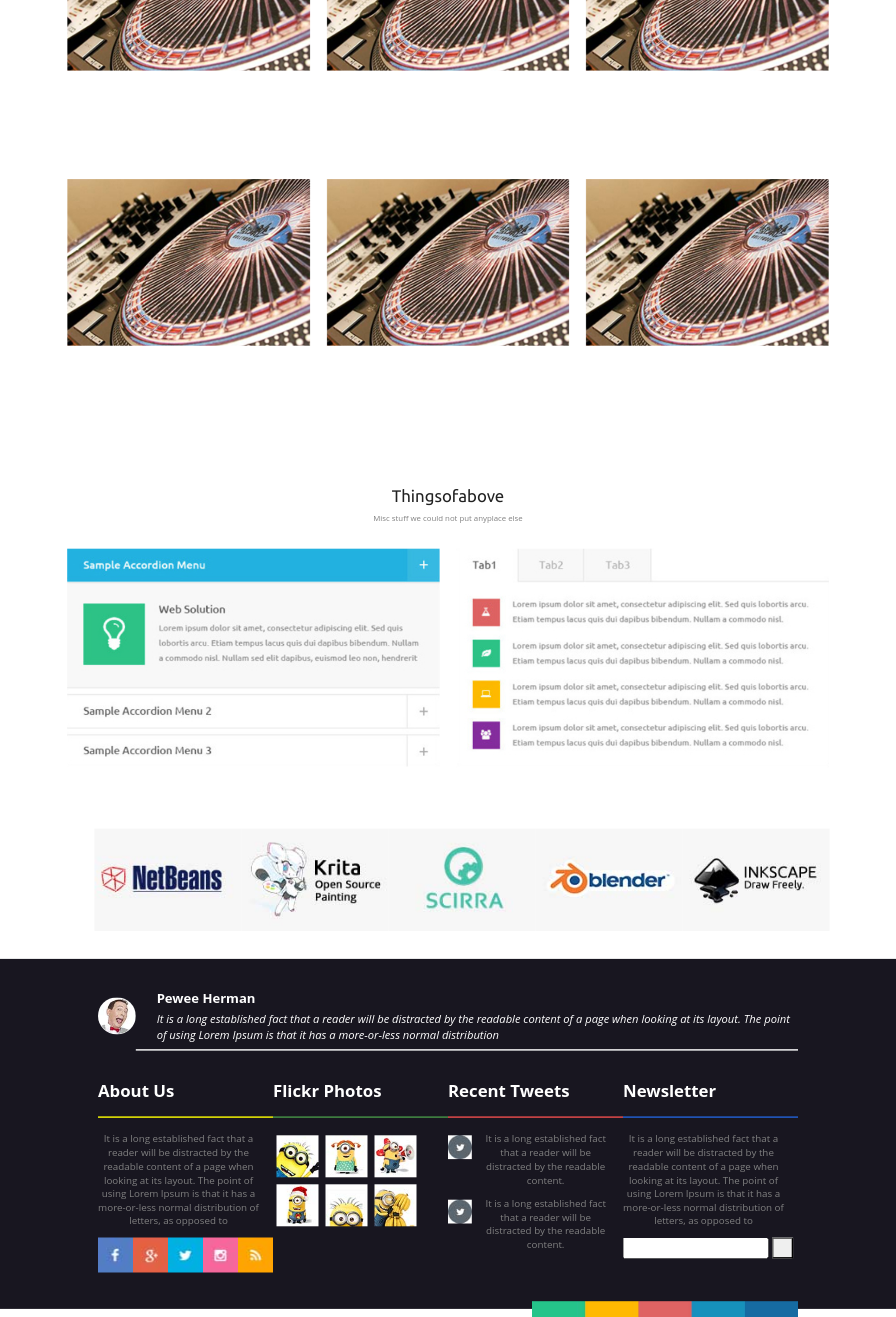
Repository: RenataDzotova/Metrolics-Renata-Beyonce
Page: index.html
These files come from the project's save history. The page is drawn as it stood at one moment and after the next save; the edit follows.
The browser window is 1280 px wide. The pictures show the part of the page from y = 2067 to 3987 px (the page is 3949 px tall before and 3987 px after), at 70% of full size.
Some web fonts or font styles are not loaded; a fallback is used.

Above is the page before, as saved 2022-02-02 17:18:45.

### index.html
<!doctype html>
<html class="no-js" lang="">

<head>
  <meta charset="utf-8">
  <title>Metrolics</title>
  <meta name="description" content="">
  <meta name="viewport" content="width=device-width, initial-scale=1">

  <meta property="og:title" content="">
  <meta property="og:type" content="">
  <meta property="og:url" content="">
  <meta property="og:image" content="">

  <link rel="manifest" href="site.webmanifest">
  <link rel="apple-touch-icon" href="icon.png">
  <!-- Place favicon.ico in the root directory -->

  <link rel="preconnect" href="https://fonts.googleapis.com">
  <link rel="preconnect" href="https://fonts.gstatic.com" crossorigin>
  <link href="https://fonts.googleapis.com/css2?family=Chewy&family=Gluten:wght@600&family=Ubuntu:wght@300;400&display=swap" rel="stylesheet">
  <link rel="stylesheet" href="css/normalize.css">
  <link rel="stylesheet" href="css/main.css">
  <link rel="stylesheet" href="css/renata.css">

  <meta name="theme-color" content="#fafafa">
</head>

<body>

    <div class = "header">
        <div class = "navBar">
            <div class = "logo"> <img src = "photos/logo.jpg" alt = "logo"> </div>
            <div class="home"><img src="https://img.icons8.com/material-rounded/38/ffffff/home-page.png"/>Home</div>
            <div class="pages"><img src="https://img.icons8.com/windows/38/ffffff/code-fork--v1.png"/>Pages</div>
            <div class="blog"><img src="https://img.icons8.com/windows/38/ffffff/megaphone.png"/>Blog</div>
            <div class="portfolio"><img src="https://img.icons8.com/windows/38/ffffff/suitcase.png"/>Portfolio</div>
            <div class="contact"><img src="https://img.icons8.com/windows/38/ffffff/secured-letter--v1.png"/>Home</div>
        </div>
        <div class = "minions">
            <img src = "photos/Screen Shot 2022-01-25 at 2.02.28 PM.png" alt = "minion picture">

        </div>
        <div class = "arrowOne"></div>
                <div class = "three-items">
                    <div class = "first-item">Metro Style</div>
                    <div class = "second-item">Retina Ready</div>
                    <div class = "third-item">Responsive Design</div>
                </div>
        <div class = "arrowTwo"></div>
    </div>


    <div class="MainContent">
        <div class= "page__intro">
            <div class="row">
                <h1 class="heading">
                    Hey guys! This is the Metrolics theme. It sports a responsive layout with a mobile layout.
                </h1>
            </div>
        </div>

        <section class="about">
            <div class="row l-col-4">
                    <div class="column span-full">
                        <h2 class="heading">
                            Things That We Do
                        </h2>
                        <p>Ask us what we can do for you</p>
                    </div>
                    <div class="column">
                        <figure class="project">
                            <img class="imgs" src="img/Bulb.png">
                            <h3 class="heading">Web Solutions</h3>
                            <p>We are a fairly small, flexible design studio that designs for print and web. We work flexibly with clients to fulfil their design needs. Whether you need to create a brand from scratch, including marketing materials and a beautiful and functional website or whether you are looking for a design refresh we are confident you will be pleased with the results.</p>
                        </figure>
                    </div>
                    <div class="column">
                        <figure class="project">
                            <img class="imgs" src="img/Pic.png">
                            <h3 class="heading">Photography</h3>
                            <p>We are a fairly small, flexible design studio that designs for print and web. We work flexibly with clients to fulfil their design needs. Whether you need to create a brand from scratch, including marketing materials and a beautiful and functional website or whether you are looking for a design refresh we are confident you will be pleased with the results.</p>
                        </figure>
                    </div>
                    <div class="column">
                        <figure class="project">
                            <img class="imgs" src="img/Gear.png">
                            <h3 class="heading">Web Developement</h3>
                            <p>We are a fairly small, flexible design studio that designs for print and web. We work flexibly with clients to fulfil their design needs. Whether you need to create a brand from scratch, including marketing materials and a beautiful and functional website or whether you are looking for a design refresh we are confident you will be pleased with the results.</p>
                        </figure>
                    </div>
                    <div class="column">
                        <figure class="project">
                            <img class="imgs" src="img/Pencil.png">
                            <h3 class="heading">Web Design</h3>
                            <p>We are a fairly small, flexible design studio that designs for print and web. We work flexibly with clients to fulfil their design needs. Whether you need to create a brand from scratch, including marketing materials and a beautiful and functional website or whether you are looking for a design refresh we are confident you will be pleased with the results.</p>
                        </figure>
                    </div>
                </div>
        </section>

        <section class="projects--new">
            <div class="row m-col-2 l-col-3">
                <div class="column span-full">
                    <h2 class="heading">
                        What's Up Lately?
                    </h2>
                    <p>Read up on our latest work<p>
                </div>
                <div class="column special-project">
                    <figure class="project">
                        <img src="img/Image-More.png" alt="Sample Image Post">
                    </figure>
                </div>
                <div class="column">
                    <figure class="project">
                        <img src="img/Image-More.png" alt="Sample Image Post">
                    </figure>
                </div>
                <div class="column">
                    <figure class="project">
                        <img src="img/Image-More.png" alt="Sample Image Post">
                    </figure>
                </div>
            </div>
        </section>
        <hr>
        <section class="projects">
            <div class="row m-col-2 l-col-3">
                <div class="column span-full">
                    <h2 class="heading">
                        Our Latest Projects
                    </h2>
                    <p>Client happy? We are happy.</p>
                </div>
                <div class="column">
                    <figure class="project">
                        <img src="img/Image.png" alt="Sample Image Post">
                        <div class="text"> <h4>Sample Image Post</h4> <h5>Photography</h5></div>
                        <div class="textimg"><img src="img/box.png"></div>
                    </figure>
                </div>
                <div class="column">
                    <figure class="project">
                        <img src="img/Image.png" alt="Sample Image Post">
                        <div class="text"> <h4>Sample Image Post</h4> <h5>Photography</h5></div>
                        <div class="textimg"><img src="img/box.png"></div>
                    </figure>
                </div>
                <div class="column">
                    <figure class="project">
                        <img src="img/Image.png" alt="Sample Image Post">
                        <div class="text"> <h4>Sample Image Post</h4> <h5>Photography</h5></div>
                        <div class="textimg"><img src="img/box.png"></div>
                    </figure>
                </div>
                <div class="column">
                    <figure class="project">
                        <img src="img/Image.png" alt="Sample Image Post">
                        <div class="text"> <h4>Sample Image Post</h4> <h5>Photography</h5></div>
                        <div class="textimg"><img src="img/box.png"></div>
                    </figure>
                </div>
                <div class="column">
                    <figure class="project">
                        <img src="img/Image.png" alt="Sample Image Post">
                        <div class="text"> <h4>Sample Image Post</h4> <h5>Photography</h5></div>
                        <div class="textimg"><img src="img/box.png"></div>
                    </figure>
                </div>
                <div class="column">
                    <figure class="project">
                        <img src="img/Image.png" alt="Sample Image Post">
                        <div class="text"> <h4>Sample Image Post</h4> <h5>Photography</h5></div>
                        <div class="textimg"><img src="img/box.png"></div>
                    </figure>
                </div>
            </div>
        </section>

        <section class="thingsofabove .s-hide">
            <div class="row l-col-2">
                <div class="column span-full">
                    <h2 class="heading">
                        Thingsofabove
                    </h2>
                    <p>Misc stuff we could not put anyplace else</p>
                </div>
                <div class="column">
                    <figure class="project">
                        <img src="img/Acordian.png" alt="Sample Image Post">
                    </figure>
                </div>
                <div class="column">
                    <figure class="project">
                        <img src="img/Tabs.png" alt="Sample Image Post">
                    </figure>
                </div>
            </div>
        </section>
  </div>

  <div class = "footer">
    <div class = "partners-logos">
        <div><img src = "photos/Client.jpg" alt = "partners"></div>
        <div><img src = "photos/krita.jpg" alt = "partners"></div>
        <div><img src = "photos/Scirra.jpg" alt = "partners"></div>
        <div><img src = "photos/blender.jpg" alt = "partners"></div>
        <div><img src = "photos/inkscape.jpg" alt = "partners"></div>
    </div>
    <div class = "footer-black">
        <div class = "footerBlack_content">
                <div class = "PeweeHerman">
                    <div class = "photo"><img src = "photos/portrait.jpg" alt = "photo"></div>
                    <div class = "text">
                        <h3>Pewee Herman</h3>
                        <i>It is a long established fact that a reader will be distracted by the readable content of a page when looking at its layout. The point of using Lorem Ipsum is that it has a more-or-less normal distribution </i>
                    </div>
                </div>
                <div class = "info-blocks">
                    <div class = "blockOne">
                        <div class = "textAbout"><h2>About Us</h2></div>
                        <p>It is a long established fact that a reader will be distracted by the readable content of a page when looking at its layout. The point of using Lorem Ipsum is that it has a more-or-less normal distribution of letters, as opposed to</p>
                        <div class = "social-media-icons">
                            <img src = "photos/btn-facebook.jpg" alt = "icon">
                            <img src = "photos/btn-google+.jpg" alt = "icon">
                            <img src = "photos/btn-twitter.jpg" alt = "icon">
                            <img src = "photos/btn-instagram.jpg" alt = "icon">
                            <img src = "photos/btn-rss.jpg" alt = "icon">
                        </div>
                    </div>
                    <div class = "blockTwo">
                        <div class = "textPhotos"><h2>Flickr Photos</h2></div>
                            <div class = "minion-pictures">
                                <img src = "photos/minion1.jpg" alt = "minion">
                                <img src = "photos/minion2.jpg" alt = "minion">
                                <img src = "photos/minion3.jpg" alt = "minion">
                                <img src = "photos/minion4.jpg" alt = "minion">
                                <img src = "photos/minion5.jpg" alt = "minion">
                                <img src = "photos/minion6.jpg" alt = "minion">
                            </div>
                    </div>
                    <div class = "blockThree">
                        <div class = "textTweets"><h2>Recent Tweets</h2></div>
                        <div class = "tweets">
                            <img src = "photos/icon-tweet.jpg" alt = "twitter-logo">
                            <p>It is a long established fact that a reader will be distracted by the readable content.</p>
                        </div>
                        <div class = "tweets">
                            <img src = "photos/icon-tweet.jpg" alt = "twitter-logo">
                            <p>It is a long established fact that a reader will be distracted by the readable content.</p>
                        </div>
                    </div>
                    <div class = "blockFour">
                        <div class = "textForm"><h2>Newsletter</h2></div>
                        <p>It is a long established fact that a reader will be distracted by the readable content of a page when looking at its layout. The point of using Lorem Ipsum is that it has a more-or-less normal distribution of letters, as opposed to</p>
                        <div class = "form">
                            <input type="email" id="email" name="email">
                            <button type="button"></button>
                        </div>
                    </div>

                </div>
                <div class = "colorfulThing">
                    <div><img src = "photos/coloured bars.jpg" alt = "blocks"></div>
                </div>
        </div>
</div>





  <script src="js/vendor/modernizr-3.11.2.min.js"></script>
  <script src="js/plugins.js"></script>
  <script src="js/main.js"></script>

  <!-- Google Analytics: change UA-XXXXX-Y to be your site's ID. -->
  <script>
    window.ga = function () { ga.q.push(arguments) }; ga.q = []; ga.l = +new Date;
    ga('create', 'UA-XXXXX-Y', 'auto'); ga('set', 'anonymizeIp', true); ga('set', 'transport', 'beacon'); ga('send', 'pageview')
  </script>
  <script src="https://www.google-analytics.com/analytics.js" async></script>
</body>

</html>

### css/renata.css
/* header */
.header{
    display:flex;
    justify-content: center;
    align-items: center;
    flex-direction: column;
  }

  .navBar{
    display: flex;
    flex-direction: row;
    justify-content: center;
    align-items: center;
    width: 1000px;
  }

  .navBar .logo{
    margin: 0 40px 0 0;
  }

  .navBar .home{
    background-color: rgb(71, 148, 71);
    width: 100px;
    height: 100px;
    color: white;
    display: flex;
    flex-direction: column;
    justify-content: center;
    align-items: center;
  }

  .navBar .pages{
    background-color: rgb(236, 226, 77);
    width: 100px;
    height: 100px;
    color: white;
    display: flex;
    flex-direction: column;
    justify-content: center;
    align-items: center
  }

  .navBar .blog{
    background-color: rgb(236, 76, 76);
    width: 100px;
    height: 100px;
    color: white;
    display: flex;
    flex-direction: column;
    justify-content: center;
    align-items: center
  }

  .navBar .portfolio{
    background-color: rgb(99, 205, 212);
    width: 100px;
    height: 100px;
    color: white;
    display: flex;
    flex-direction: column;
    justify-content: center;
    align-items: center
  }

  .navBar .contact{
    background-color: rgb(34, 97, 214);
    width: 100px;
    height: 100px;
    color: white;
    display: flex;
    flex-direction: column;
    justify-content: center;
    align-items: center
  }

  .first-item, .second-item, .third-item{
    background-color: lightgray;
    opacity: 50%;
    width: 170px;
    height: 35px;
    margin: 2px;
    top: -280px;
    left: -300px;
    padding-left: 10px;

  }

  .minions .three-items p{
    opacity: 100%;
  }

  .first-item{
    border-left:rgb(34, 97, 214) 5px solid;
    position: relative;
    /* top: -210px;
    left: -380px; */
  }
  .second-item{
    border-left:rgb(236, 76, 76) 5px solid;
    position: relative;
    /* top: -250px;
    left: -380px; */
  }
  .third-item{
    border-left:rgb(236, 226, 77)5px solid;
    position: relative;
    /* top: -290px;
    left: -380px; */
  }

  .minions{
    background-color: rgb(187, 187, 187);
    width: 1100px;
    display: flex;
    justify-content: center;
    align-items:center;
    flex-direction: column;
  }

  .home img, .pages img, .blog img, .portfolio img, .contact img{
      width: 30px;
  }



  /* footer */
  .partners-logos{
    display: flex;
    flex-direction: row;
    align-items: center;
    justify-content: center;
  }

  .partners-logos img{
    margin: 40px 20px 40px 20px;
  }

  .footer-black{
    background-color: rgb(24, 22, 32);
    display: flex;
    flex-direction: column;
    align-items: center;
    justify-content: center;
    height: 500px;
  }

  /* .footerBlack_content{
    /* height: auto; */


  .PeweeHerman{
    display: flex;
    flex-direction: row;
    width: 1000px;
  }

  .PeweeHerman img{
    border-radius: 50%;
    margin: 30px 15px 0 0;
  }

  .PeweeHerman .text{
    color: white;
    padding-bottom: 10px;
    margin-bottom: 20px;
    padding-left: 30px;
  }

  .info-blocks h3{
    margin-bottom: 30px;
  }



  .text > h3{
    margin-bottom: 5px;
  }

  .info-blocks{
    display: flex;
    flex-direction: row;
    align-content: flex-start;
    width: 1000px;
  }

  .info-blocks p{
    font-size: 14px;
    margin-top: 0;
    padding-right: 20px;
  }

  .info-blocks div{
    width: 250px;
  }

  .info-blocks .blockOne{
    display: flex;
    flex-direction: column;
    color:  white;
    width: 25%;
  }


  .info-blocks .social-media-icons{
    display: flex;
    flex-direction: row;
  }

  .info-blocks .blockTwo{
    display: flex;
    flex-direction: column;
    color:  white;
    width: 25%;
  }

  .blockTwo .minion-pictures{
    display: flex;
    flex-direction: row;
    flex-wrap: wrap;
    width: 250px;
    height: 100px;
  }

  .blockTwo .minion-pictures>img{
    margin: 5px;
    width: 60px;
    height: 60px;
  }

  .info-blocks .blockThree{
    display: flex;
    flex-direction: column;
    color: white;
  }

  .blockThree .tweets{
    display: flex;
    flex-direction: row;
  }

  .blockThree .tweets img{
    width: 34px;
    height: 34px;
    margin: 5px 15px 0 0;
  }

  .blockThree .tweets p{
    margin-top: 0px;
  }

  .info-blocks .blockFour{
    display: flex;
    flex-direction: column;
    color: white;
  }

  .footerBlack_content{
    width: 1000px;
    height: 450px;
    margin: 0px;
  }

  .colorfulThing{
    display: flex;
    justify-content: flex-end;
    margin-top: 40px;
  }

  .blockFour input{
    width: 200px;
  }

  .blockFour button{
    width: 30px;
    height: 30px;
    border-radius: 0;
    margin-left: 5px;
  }
  .form{
    display: flex;
    justify-content: flex-start;
  }

  .text{
    border-bottom: white 2px solid;
  }

  .textPhotos{
    border-bottom: rgb(71, 148, 71) 2px solid;
    margin-bottom: 20px;
  }

  .textAbout{
    border-bottom: yellow 2px solid;
    margin-bottom: 20px;
  }

  .textTweets{
    border-bottom: rgb(236, 76, 76) 2px solid;
    margin-bottom: 20px;
  }

  .textForm{
    border-bottom: rgb(34, 97, 214) 2px solid;
    margin-bottom: 20px;
  }

Loaded but not shown: css/normalize.css (library); js/vendor/modernizr-3.11.2.min.js (library); js/plugins.js (24 lines, source omitted); css/main.css (459 lines, source omitted); js/main.js (no stored copy; drawn as an empty file)

After the next save:
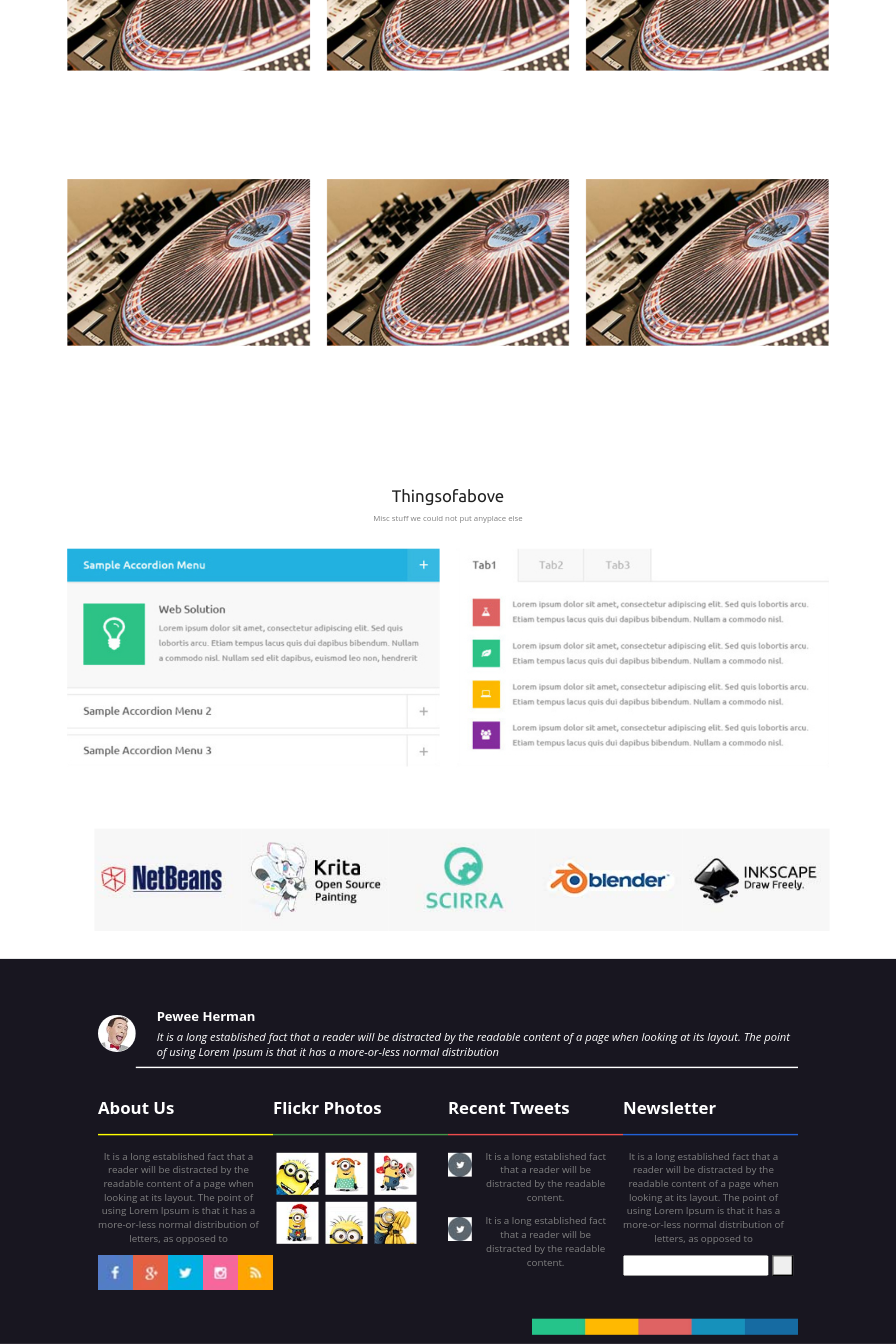
Saved 8 s later.
--- a/css/renata.css
+++ b/css/renata.css
@@ -141,7 +141,7 @@
     flex-direction: column;
     align-items: center;
     justify-content: center;
-    height: 500px;
+    height: 550px;
   }
 
   /* .footerBlack_content{
